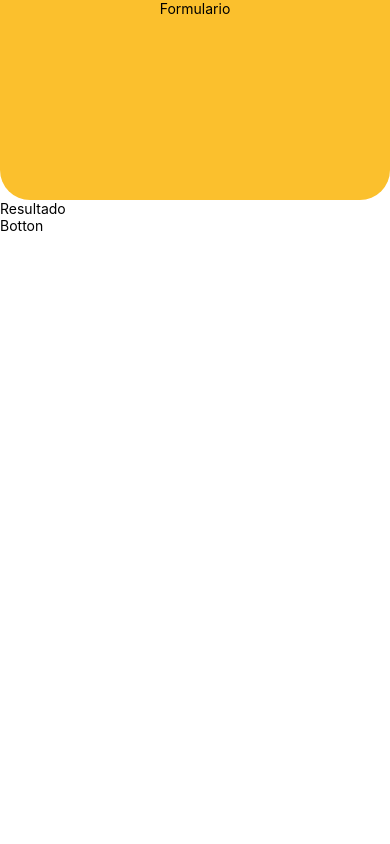
Repository: AleMicky/vagogo
Screen: /
These files come from the project's save history. The screen is drawn as it stood at one moment and after the next save; the edit follows.
The app was drawn by React Native's web renderer in a window 390 px wide. The project was rebuilt for these pictures with package versions that can differ from the ones it lists, and the page was loaded fresh each time.

Above is the screen before, as saved 2020-06-23 04:54:12.

### App.js
import React from 'react'
import { View, StyleSheet, Text, SafeAreaView, StatusBar } from 'react-native'
import color from './src/utils/color'
export default function App() {
  return (
    <>
    <StatusBar barStyle="light-content"/>
      <SafeAreaView style={styles.sefaArea}>
        <Text>Formulario</Text>
      </SafeAreaView>
      <View>
        <Text>Resultado</Text>
      </View>
      <View>
        <Text>Botton</Text>
      </View>
    </>
  )
}

const styles = StyleSheet.create({
  sefaArea:{
    backgroundColor: color.PRIMARY_COLOR,
    height:200,
    borderBottomLeftRadius:30,
    borderBottomRightRadius:30,
    alignItems:'center'
  }
})

### src/utils/color.js

export default {
    PRIMARY_COLOR : '#fbc02d',
    PRIMARY_COLOR_DARK : '#c49000'
}

After the next save:
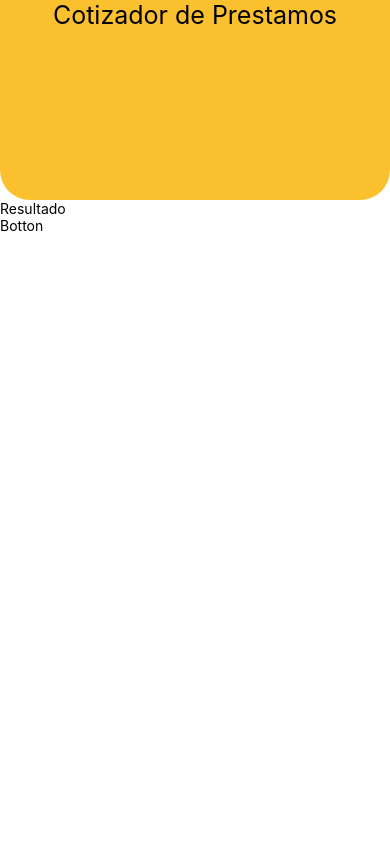
Saved 104 s later.
--- a/App.js
+++ b/App.js
@@ -6,7 +6,7 @@ export default function App() {
     <>
     <StatusBar barStyle="light-content"/>
       <SafeAreaView style={styles.sefaArea}>
-        <Text>Formulario</Text>
+        <Text style={styles.titlulo}>Cotizador de Prestamos</Text>
       </SafeAreaView>
       <View>
         <Text>Resultado</Text>
@@ -25,5 +25,8 @@ const styles = StyleSheet.create({
     borderBottomLeftRadius:30,
     borderBottomRightRadius:30,
     alignItems:'center'
+  },
+  titlulo:{
+    fontSize:25
   }
 })
